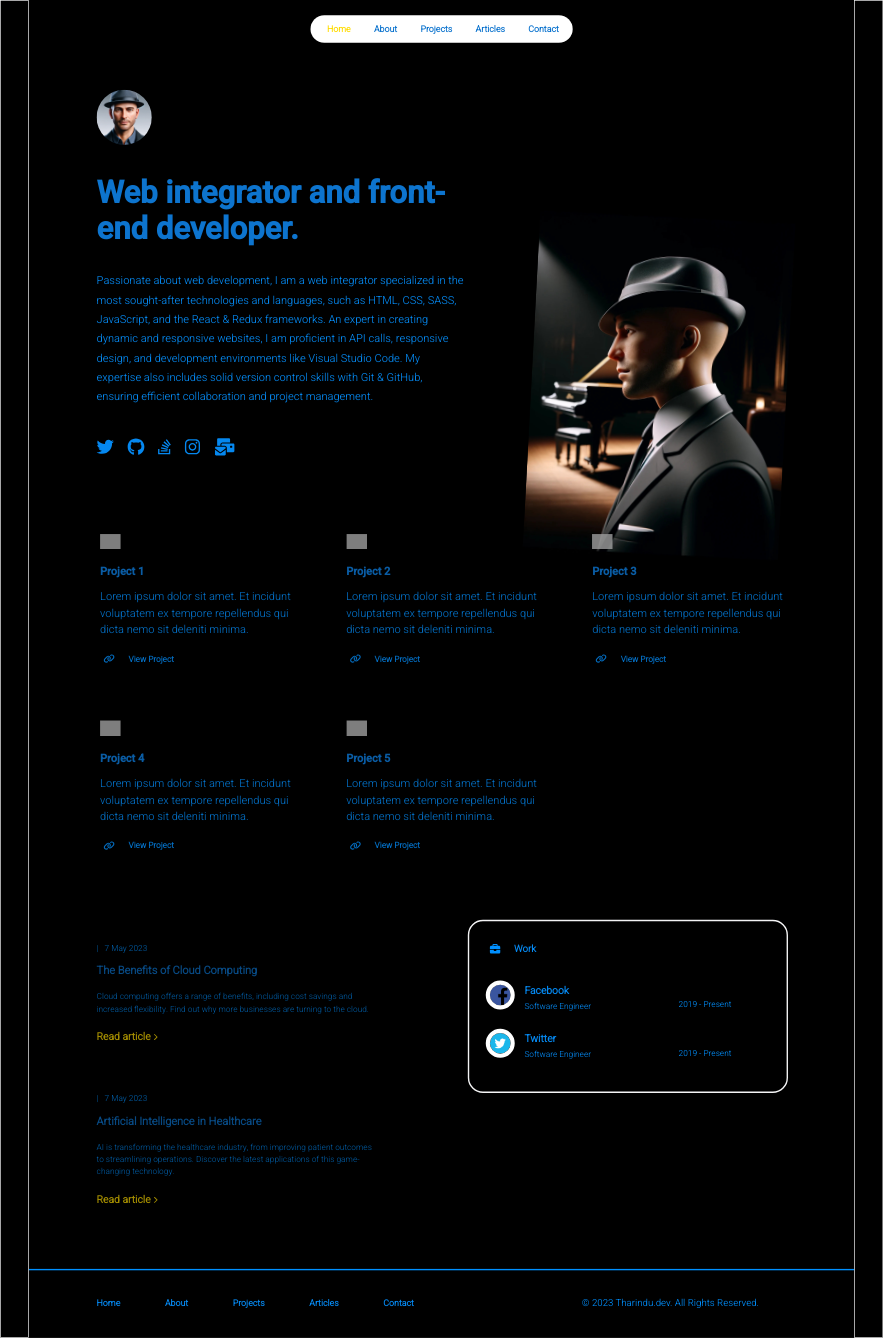
Repository: Dimple3377/reactfolio-master
Page: /
An editor plug-in stored every save of this project. The page is shown before and after the next save, followed by the edit.
The browser window is 1280 px wide. The pictures show the whole page, at 69% of full size.
Pictures or frames that could not be fetched are drawn as grey boxes. The project was rebuilt for these pictures with package versions that can differ from the ones it lists, and the page was loaded fresh each time. Also part of the build but not shown: src/components/about/socials.jsx, src/pages/styles/about.css, src/pages/about.jsx, src/pages/styles/projects.css, src/pages/projects.jsx, src/components/articles/article.jsx, src/pages/styles/articles.css, src/pages/articles.jsx and 5 more.

Above is the page before, as saved 2024-04-24 01:20:18.

### src/data/styles.css
:root {
	/* ------- colors ------- */
	--primary-color: #0d74ce;
	--secondary-color: #0588f0;
	--tertiary-color: #0090ff;
	--quaternary-color: #5eb1ef;
	--link-color: #ffdc00;
	/* ---------------------- */

	/* ------- fonts ------- */
	--primary-font: "Heebo", sans-serif;
	--secondary-font: "Roboto", sans-serif;
	/* --------------------- */
}

### src/pages/homepage.jsx
import React, { useState, useEffect } from "react";
import { Helmet } from "react-helmet";

import { faMailBulk } from "@fortawesome/free-solid-svg-icons";
import { FontAwesomeIcon } from "@fortawesome/react-fontawesome";
import {
	faTwitter,
	faGithub,
	faStackOverflow,
	faInstagram,
} from "@fortawesome/free-brands-svg-icons";

import Logo from "../components/common/logo";
import Footer from "../components/common/footer";
import NavBar from "../components/common/navBar";
import Article from "../components/homepage/article";
import Works from "../components/homepage/works";
import AllProjects from "../components/projects/allProjects";

import INFO from "../data/user";
import SEO from "../data/seo";
import myArticles from "../data/articles";

import "./styles/homepage.css";

const Homepage = () => {
	const [stayLogo, setStayLogo] = useState(false);
	const [logoSize, setLogoSize] = useState(80);
	const [oldLogoSize, setOldLogoSize] = useState(80);

	useEffect(() => {
		window.scrollTo(0, 0);
	}, []);

	useEffect(() => {
		const handleScroll = () => {
			let scroll = Math.round(window.pageYOffset, 2);

			let newLogoSize = 80 - (scroll * 4) / 10;

			if (newLogoSize < oldLogoSize) {
				if (newLogoSize > 40) {
					setLogoSize(newLogoSize);
					setOldLogoSize(newLogoSize);
					setStayLogo(false);
				} else {
					setStayLogo(true);
				}
			} else {
				setLogoSize(newLogoSize);
				setStayLogo(false);
			}
		};

		window.addEventListener("scroll", handleScroll);
		return () => window.removeEventListener("scroll", handleScroll);
	}, [logoSize, oldLogoSize]);

	const currentSEO = SEO.find((item) => item.page === "home");

	const logoStyle = {
		display: "flex",
		position: stayLogo ? "fixed" : "relative",
		top: stayLogo ? "3vh" : "auto",
		zIndex: 999,
		border: stayLogo ? "1px solid white" : "none",
		borderRadius: stayLogo ? "50%" : "none",
		boxShadow: stayLogo ? "0px 4px 10px rgba(0, 0, 0, 0.25)" : "none",
	};

	return (
		<React.Fragment>
			<Helmet>
				<title>{INFO.main.title}</title>
				<meta name="description" content={currentSEO.description} />
				<meta
					name="keywords"
					content={currentSEO.keywords.join(", ")}
				/>
			</Helmet>

			<div className="page-content">
				<NavBar active="home" />
				<div className="content-wrapper">
					<div className="homepage-logo-container">
						<div style={logoStyle}>
							<Logo width={logoSize} link={false} />
						</div>
					</div>

					<div className="homepage-container">
						<div className="homepage-first-area">
							<div className="homepage-first-area-left-side">
								<div className="title homepage-title">
									{INFO.homepage.title}
								</div>

								<div className="subtitle homepage-subtitle">
									{INFO.homepage.description}
								</div>
							</div>

							<div className="homepage-first-area-right-side">
								<div className="homepage-image-container">
									<div className="homepage-image-wrapper">
										<img
											src="homepage.jpg"
											alt="about"
											className="homepage-image"
										/>
									</div>
								</div>
							</div>
						</div>

						<div className="homepage-socials">
							<a
								href={INFO.socials.twitter}
								target="_blank"
								rel="noreferrer"
							>
								<FontAwesomeIcon
									icon={faTwitter}
									className="homepage-social-icon"
								/>
							</a>
							<a
								href={INFO.socials.github}
								target="_blank"
								rel="noreferrer"
							>
								<FontAwesomeIcon
									icon={faGithub}
									className="homepage-social-icon"
								/>
							</a>
							<a
								href={INFO.socials.stackoverflow}
								target="_blank"
								rel="noreferrer"
							>
								<FontAwesomeIcon
									icon={faStackOverflow}
									className="homepage-social-icon"
								/>
							</a>
							<a
								href={INFO.socials.instagram}
								target="_blank"
								rel="noreferrer"
							>
								<FontAwesomeIcon
									icon={faInstagram}
									className="homepage-social-icon"
								/>
							</a>
							<a
								href={`mailto:${INFO.main.email}`}
								target="_blank"
								rel="noreferrer"
							>
								<FontAwesomeIcon
									icon={faMailBulk}
									className="homepage-social-icon"
								/>
							</a>
						</div>

						<div className="homepage-projects">
							<AllProjects />
						</div>

						<div className="homepage-after-title">
							<div className="homepage-articles">
								{myArticles.map((article, index) => (
									<div
										className="homepage-article"
										key={(index + 1).toString()}
									>
										<Article
											key={(index + 1).toString()}
											date={article().date}
											title={article().title}
											description={article().description}
											link={"/article/" + (index + 1)}
										/>
									</div>
								))}
							</div>

							<div className="homepage-works">
								<Works />
							</div>
						</div>

						<div className="page-footer">
							<Footer />
						</div>
					</div>
				</div>
			</div>
		</React.Fragment>
	);
};

export default Homepage;

### src/app.css
@import "/src/data/styles.css";

::-webkit-scrollbar {
	width: 10px;
}

::-webkit-scrollbar-track {
	background-color: #f1f1f1;
}

::-webkit-scrollbar-thumb {
	background-color: #383636;
	border-radius: 5px;
}

::-webkit-scrollbar-thumb:hover {
	background-color: rgb(0, 0, 0);
}

.page-content {
	background-color: black;
	position: relative;
}

.page-content:before,
.page-content:after {
	content: "";
	position: absolute;
	top: 0;
	bottom: 0;
	width: calc((100% - 1200px) / 2);
	background-color: black;
	border: 1px solid #f4f4f5;
}

.page-content:before {
	left: 0;
	z-index: 1;
}

.page-content:after {
	right: 0;
	z-index: 1;
}

.content-wrapper {
	max-width: 1000px;
	margin: 0 auto;
}

.title {
	color: var(--primary-color);
	font-family: var(--secondary-font);
	font-size: 45px;
	font-weight: 700;
	width: 70%;
}

.subtitle {
	padding-top: 10px;
	color: var(--secondary-color);
	font-size: 16px;
	line-height: 28px;
	width: 70%;
	margin-top: 25px;
}

.page-footer {
	position: block;
}

.page-footer::before {
	content: "";
	position: absolute;
	left: 0;
	right: 0;
	border-top: 2px solid var(--tertiary-color);
}

@media (max-width: 1270px) {
	.page-content:before,
	.page-content:after {
		width: calc((100% - 90%) / 2);
	}

	.content-wrapper {
		max-width: 90%;
		padding-left: 10%;
		padding-right: 10%;
	}
}

@media (max-width: 1024px) {
	.page-content:before,
	.page-content:after {
		width: calc((100% - 950px) / 2);
	}

	.content-wrapper {
		max-width: 980px;
	}
}

@media (max-width: 800px) {
	.content-wrapper {
		max-width: 90%;
		margin: 0 auto;
		padding: 0 10px;
	}

	.page-content:before,
	.page-content:after {
		display: none;
	}

	.title {
		width: 100%;
	}

	.subtitle {
		width: 100%;
	}
}

### src/components/common/footer.jsx
import React from "react";
import { Link } from "react-router-dom";

import "./styles/footer.css";

const Footer = () => {
	return (
		<React.Fragment>
			<div className="footer">
				<div className="footer-links">
					<ul className="footer-nav-link-list">
						<li className="footer-nav-link-item">
							<Link to="/">Home</Link>
						</li>
						<li className="footer-nav-link-item">
							<Link to="/about">About</Link>
						</li>
						<li className="footer-nav-link-item">
							<Link to="/projects">Projects</Link>
						</li>
						<li className="footer-nav-link-item">
							<Link to="/articles">Articles</Link>
						</li>
						<li className="footer-nav-link-item">
							<Link to="/contact">Contact</Link>
						</li>
					</ul>
				</div>

				<div className="footer-credits">
					<div className="footer-credits-text">
						© 2023 Tharindu.dev. All Rights Reserved.
					</div>
				</div>
			</div>
		</React.Fragment>
	);
};

export default Footer;

### src/components/common/navBar.jsx
import React from "react";
import { Link } from "react-router-dom";

import "./styles/navBar.css";

const NavBar = (props) => {
	const { active } = props;

	return (
		<React.Fragment>
			<div className="nav-container">
				<nav className="navbar">
					<div className="nav-background">
						<ul className="nav-list">
							<li
								className={
									active === "home"
										? "nav-item active"
										: "nav-item"
								}
							>
								<Link to="/">Home</Link>
							</li>
							<li
								className={
									active === "about"
										? "nav-item active"
										: "nav-item"
								}
							>
								<Link to="/about">About</Link>
							</li>
							<li
								className={
									active === "projects"
										? "nav-item active"
										: "nav-item"
								}
							>
								<Link to="/projects">Projects</Link>
							</li>
							<li
								className={
									active === "articles"
										? "nav-item active"
										: "nav-item"
								}
							>
								<Link to="/articles">Articles</Link>
							</li>
							<li
								className={
									active === "contact"
										? "nav-item active"
										: "nav-item"
								}
							>
								<Link to="/contact">Contact</Link>
							</li>
						</ul>
					</div>
				</nav>
			</div>
		</React.Fragment>
	);
};

export default NavBar;

### src/components/homepage/article.jsx
import React from "react";
import { Link } from "react-router-dom";

import { FontAwesomeIcon } from "@fortawesome/react-fontawesome";
import { faChevronRight } from "@fortawesome/free-solid-svg-icons";

import "./styles/article.css";

const Article = (props) => {
	const { title, description, date, link } = props;

	return (
		<React.Fragment>
			<div className="homepage-article">
				<div className="homepage-article-content">
					<div className="homepage-article-date">
						|&nbsp;&nbsp;&nbsp;{date}
					</div>
					<div className="homepage-article-title">{title}</div>
					<div className="homepage-article-description">
						{description}
					</div>
					<div className="homepage-article-link">
						<Link to={link}>
							Read article{" "}
							<FontAwesomeIcon
								style={{ fontSize: "10px" }}
								icon={faChevronRight}
							/>
						</Link>
					</div>
				</div>
			</div>
		</React.Fragment>
	);
};

export default Article;

### src/components/homepage/works.jsx
import React from "react";
import { faBriefcase } from "@fortawesome/free-solid-svg-icons";

import Card from "../common/card";

import "./styles/works.css";

const Works = () => {
	return (
		<div className="works">
			<Card
				icon={faBriefcase}
				title="Work"
				body={
					<div className="works-body">
						<div className="work">
							<img
								src="./facebook.png"
								alt="facebook"
								className="work-image"
							/>
							<div className="work-title">Facebook</div>
							<div className="work-subtitle">
								Software Engineer
							</div>
							<div className="work-duration">2019 - Present</div>
						</div>

						<div className="work">
							<img
								src="./twitter.png"
								alt="twitter"
								className="work-image"
							/>
							<div className="work-title">Twitter</div>
							<div className="work-subtitle">
								Software Engineer
							</div>
							<div className="work-duration">2019 - Present</div>
						</div>
					</div>
				}
			/>
		</div>
	);
};

export default Works;

### src/data/seo.js
const SEO = [
	{
		page: "home",
		description:
			"I am a backend developer with expertise in Node.js. I have experience in building scalable, secure and reliable web applications using various frameworks and technologies.",
		keywords: ["Tharindu", "Tharindu N", "Tharindu Nayanajith"],
	},

	{
		page: "about",
		description:
			"I am a backend developer with expertise in Node.js. I have experience in building scalable, secure and reliable web applications using various frameworks and technologies.",
		keywords: ["Tharindu", "Tharindu N", "Tharindu Nayanajith"],
	},

	{
		page: "articles",
		description:
			"Chronological collection of my long-form thoughts on programming, leadership, product design, and more.",
		keywords: ["Tharindu", "Tharindu N", "Tharindu Nayanajith"],
	},

	{
		page: "projects",
		description:
			"I've worked on a variety of projects over the years and I'm proud of the progress I've made. Many of these projects are open-source and available for others to explore and contribute to.",
		keywords: ["Tharindu", "Tharindu N", "Tharindu Nayanajith"],
	},

	{
		page: "contact",
		description:
			"If you're interested in collaborating on a project, feel free to reach out to me. I'm always open to new ideas and opportunities.",
		keywords: ["Tharindu", "Tharindu N", "Tharindu Nayanajith"],
	},
];

export default SEO;

### src/pages/styles/homepage.css
@import "../../data/styles.css";

.homepage-logo-container {
	display: flex;
	justify-content: left;
	align-items: center;
	padding-top: 130px;
}

.homepage-container {
	padding-top: 25px;
}

.homepage-first-area {
	display: flex;
	justify-content: space-between;
	align-items: center;
}

.homepage-first-area-left-side {
	display: flex;
	flex-direction: column;
	align-items: flex-start;
}

.homepage-title {
	width: 85% !important;
}

.homepage-subtitle {
	width: 85% !important;
}

.homepage-first-area-right-side {
	display: flex;
	align-items: center;
}

.homepage-image-container {
	width: 370px;
	height: 370px;
}

.homepage-image-wrapper {
	overflow: hidden;
	border-radius: 10%;
	transform: rotate(3deg);
}

.homepage-image-wrapper img {
	width: 100%;
}

.homepage-socials {
	display: flex;
	justify-content: left;
	align-items: center;
	padding-top: 30px;
}

.homepage-social-icon {
	padding-right: 20px;
	font-size: 25px;
	transition: color 0.2s ease-in-out;
	color: var(--secondary-color);
}

.homepage-social-icon:hover {
	color: var(--primary-color);
}

.homepage-after-title {
	display: flex;
}

.homepage-projects {
	flex-basis: 300px;
	padding-top: 40px;
}

.homepage-articles {
	flex-basis: 900px;
	padding-top: 30px;
	margin-left: -30px;
}

.homepage-article {
	padding-bottom: 5px;
}

.homepage-works {
	flex-basis: 600px;
	padding-top: 30px;
}

@media (max-width: 1024px) {
	.homepage-first-area {
		flex-direction: column;
	}

	.homepage-first-area-left-side {
		display: flex;
		flex-direction: column; /* Changed: set direction to column */
		align-items: flex-start;
		width: 100%;
		order: 2;
	}

	.homepage-title {
		width: 100% !important;
		margin-top: 20px;
		order: 2;
	}

	.homepage-subtitle {
		width: 100% !important;
		margin-top: 10px;
		order: 3;
	}

	.homepage-first-area-right-side {
		width: 100%;
		order: 1;
	}

	.homepage-image-container {
		padding-top: 50px;
		padding-bottom: 50px;
		margin-left: 10px;
		order: 1;
	}

	.homepage-after-title {
		flex-direction: column;
	}

	.homepage-projects {
		flex-basis: auto;
	}

	.homepage-articles {
		flex-basis: auto;
	}

	.homepage-works {
		flex-basis: auto;
		margin-left: -25px;
		margin-right: -25px;
	}
}

### src/pages/styles/readArticle.css
@import "../../data/styles.css";

.read-article-logo-container {
	display: flex;
	justify-content: left;
	padding-top: 25px;
}

.read-article-logo {
	display: flex;
	position: fixed;
	border: 1px solid white;
	border-radius: 50%;
	box-shadow: 0px 4px 10px rgba(0, 0, 0, 0.25);
	top: 4vh;
}

.read-article-container {
	display: flex;
	height: 100%;
	margin: 0;
	padding-top: 120px;
}

.read-article-back {
	padding-top: 68px;
	padding-right: 50px;
	width: 40px;
	height: 40px;
}

.read-article-back-button {
	width: 50px;
	border-radius: 50%;
	box-shadow: 0px 4px 10px rgba(0, 0, 0, 0.25);
}

.read-article-wrapper {
	width: 80%;
	padding-top: 30px;
}

.read-article-date-container {
	border-left: 2px solid var(--quaternary-color);
	color: var(--tertiary-color);
	font-size: 16 px;
	align-items: center;
	height: 22px;
}

.read-article-date {
	font-family: var(--primary-font);
	padding-left: 15px;
}

.read-article-title {
	padding-top: 50px;
	padding-bottom: 50px;
	width: 100% !important;
}

.read-article-body {
	padding-bottom: 50px;
	font-size: 16px;
	line-height: 30px;
	font-family: system-ui;
	color: #52525b;
}

### src/components/common/styles/footer.css
@import "../../../data/styles.css";

.footer {
	display: flex;
	padding-top: 25px;
	margin-top: 50px;
	padding-bottom: 25px;
	align-items: center;
}

.footer-links,
.footer-credits {
	flex-basis: 50%;
}

.footer-links {
	margin-left: -40px;
}

.footer-nav-link-list {
	display: flex;
	list-style: none;
	justify-content: space-between;
	align-items: center;
}

.footer-nav-link-item {
	font-weight: bold;
	font-size: 80%;
}

.footer-nav-link-list a {
	text-decoration: none;
	color: var(--secondary-color);
}

.footer-nav-link-list a:hover {
	color: var(--link-color);
}

.footer-credits-text {
	justify-content: flex-end;
	color: var(--tertiary-color);
	font-size: 14px;
	text-align: right;
}

@media (max-width: 600px) {
	.footer {
		flex-direction: column;
		height: 85px;
	}

	.footer-links {
		display: flex;
		width: 100%;
		justify-content: center;
	}

	.footer-nav-link-list {
		width: 100%;
	}
}

### src/components/common/styles/navBar.css
@import "../../../data/styles.css";

.nav-container {
	margin: 0;
	display: flex;
	justify-content: center;
	align-items: center;
}

.navbar {
	display: flex;
	justify-content: center;
	align-items: center;
	position: fixed;
	top: 3vh;
	z-index: 999;
}

.nav-background {
	width: 380px;
	height: 40px;
	padding-left: 0%;
	padding-right: 0%;
	background: #fff;
	box-shadow: 0px 2px 10px rgba(0, 0, 0, 0.1);
	border-radius: 40px;
}

.nav-list {
	display: flex;
	justify-content: space-between;
	list-style: none;
	align-items: center;
	margin-left: -16px;
	margin-right: 20px;
	margin-top: 11px;
}

.nav-item {
	font-weight: bold;
	font-size: 80%;
}

.nav-item.active a {
	color: var(--link-color) !important;
}

.nav-item a {
	text-decoration: none;
	color: var(--primary-color);
}

.nav-item a:hover {
	color: var(--link-color);
	transition: color 0.3s ease-in-out;
}

@media (max-width: 600px) {
	.navbar {
		margin-left: 25%;
		margin-right: 25%;
		width: 80%;
		font-size: 80%;
	}

	.nav-background {
		width: 80%;
		height: 40px;
	}

	.nav-item {
		font-weight: bold;
	}
}

### src/components/homepage/styles/article.css
@import "../../../data/styles.css";

.homepage-article {
	width: 90%;
	mix-blend-mode: normal;
	border-radius: 20px;
	opacity: 0.8;
}

.homepage-article:hover {
	background: #fafafa;
	opacity: 1;
	transition: background-color 0.3s ease-in-out;
}

.homepage-article-content {
	padding: 30px;
}

.homepage-article-date {
	opacity: 1;
	color: var(--tertiary-color);
	font-size: 12px;
	margin-bottom: 1em;
}

.homepage-article-title {
	opacity: 1;
	color: var(--primary-color);
	font-size: 16px;
	margin-bottom: 1em;
	font-weight: 700;
}

.homepage-article-description {
	opacity: 1;
	color: var(--secondary-color);
	font-size: 12px;
	line-height: 1.5;
}

.homepage-article-link {
	opacity: 1;
	padding-top: 20px;
	font-size: 15px;
	font-weight: 700;
}

.homepage-article-link a {
	color: var(--link-color);
	text-decoration: none;
}

@media (max-width: 600px) {
	.homepage-article {
		width: 100%;
	}
}

### src/components/projects/project.jsx
import React from "react";
import { Link } from "react-router-dom";
import { FontAwesomeIcon } from "@fortawesome/react-fontawesome";
import { faLink } from "@fortawesome/free-solid-svg-icons";

import "./styles/project.css";

const Project = (props) => {
	const { logo, title, description, linkText, link } = props;

	return (
		<React.Fragment>
			<div className="project">
				<Link to={link}>
					<div className="project-container">
						<div className="project-logo">
							<img src={logo} alt="logo" />
						</div>
						<div className="project-title">{title}</div>
						<div className="project-description">{description}</div>
						<div className="project-link">
							<div className="project-link-icon">
								<FontAwesomeIcon icon={faLink} />
							</div>

							<div className="project-link-text">{linkText}</div>
						</div>
					</div>
				</Link>
			</div>
		</React.Fragment>
	);
};

export default Project;

### src/components/articles/style/article.css
@import "../../../data/styles.css";

.article {
	display: flex;
}

.article a {
	text-decoration: none;
}

.article-left-side {
	min-width: 20%;
	max-width: 20%;
}

.article-right-side {
	flex-basis: 80%;
	min-width: 700px;
	mix-blend-mode: normal;
	border-radius: 20px;
	opacity: 0.8;
	padding: 30px;
}

.article-right-side:hover {
	background: #fafafa;
	opacity: 1;
	transition: background-color 0.3s ease-in-out;
}

.article-date {
	padding-top: 30px;
	font-size: 15px;
	color: var(--tertiary-color);
}

.article-title {
	color: #000000;
	font-size: 16px;
	font-weight: 600;
}

.article-description {
	padding-top: 10px;
	font-size: 12px;
	color: var(--secondary-color);
	font-weight: 480;
	line-height: 25px;
}

.article-link {
	padding-top: 10px;
	font-size: 14px;
	color: var(--link-color);
	font-weight: 700;
}

@media (max-width: 1024px) {
	.article-left-side {
		min-width: 10%;
		max-width: 10%;
	}

	.article-right-side {
		flex-basis: 90%;
		min-width: 85%;
		max-width: 85%;
	}
}

### src/components/projects/styles/project.css
@import "../../../data/styles.css";

.project {
	mix-blend-mode: normal;
	border-radius: 20px;
	opacity: 0.8;
	height: 100%;
}

.project a {
	text-decoration: none;
}

.project:hover {
	background: #fafafa;
	opacity: 1;
	transition: background-color 0.3s ease-in-out;
}

.project:hover .project-link {
	color: var(--link-color);
	transition: color 0.3s ease-in-out;
}

.project-container {
	padding: 30px;
}

.project-logo {
	width: 30px;
}

.project-logo img {
	width: 100%;
}

.project-title {
	font-family: var(--secondary-font);
	color: var(--primary-color);
	font-size: 16px;
	padding-top: 15px;
	margin-bottom: 1em;
	font-weight: 700;
}

.project-description {
	color: var(--secondary-color);
}

.project-link {
	display: flex;
	align-items: center;
	color: var(--secondary-color);
	font-size: 12px;
	padding-top: 20px;
}

.project-link-icon {
	padding-left: 5px;
	font-size: 13px;
}

.project-link-text {
	padding-left: 20px;
	font-weight: 700;
}

@media (max-width: 600px) {
	.project {
		height: 300px;
	}
}

Loaded but not shown: public/index.html (common file); src/index.js (common file); src/index.css (common file); src/App.js (common file); src/reportWebVitals.js (common file); src/data/tracking.js (common file); src/components/common/logo.jsx (common file); src/components/projects/allProjects.jsx (common file); src/components/common/styles/logo.css (common file); src/components/common/card.jsx (common file); src/components/homepage/styles/works.css (common file); src/components/projects/styles/allProjects.css (common file); src/components/about/styles/socials.css (common file); src/components/common/styles/card.css (common file); src/data/user.js (84 lines, source omitted); src/data/articles.js (65 lines, source omitted)

After the next save:
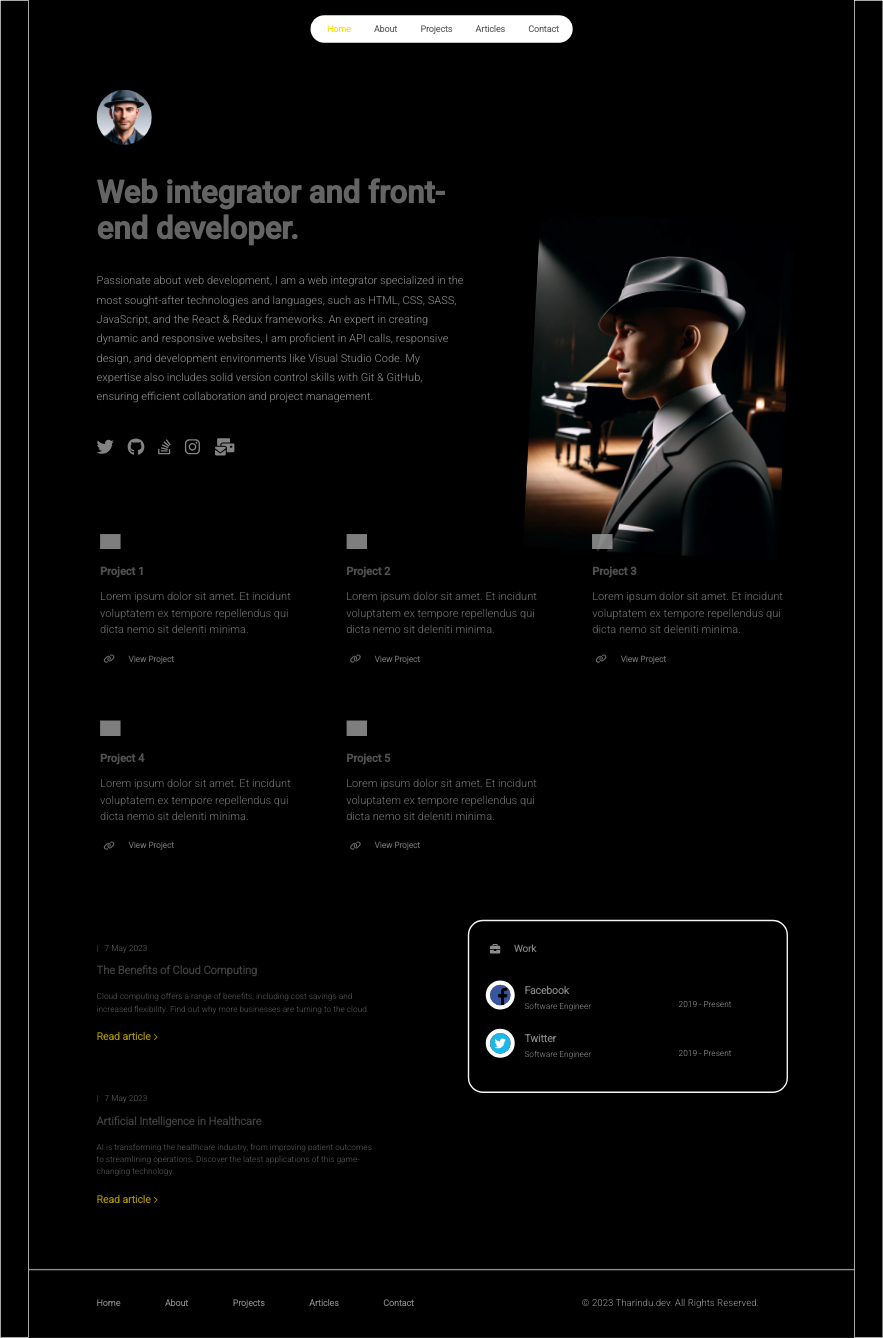
Saved 94 s later.
--- a/src/data/styles.css
+++ b/src/data/styles.css
@@ -1,9 +1,9 @@
 :root {
 	/* ------- colors ------- */
-	--primary-color: #0d74ce;
-	--secondary-color: #0588f0;
-	--tertiary-color: #0090ff;
-	--quaternary-color: #5eb1ef;
+	--primary-color: #646464;
+	--secondary-color: #838383;
+	--tertiary-color: #8d8d8d;
+	--quaternary-color: #bbbbbb;
 	--link-color: #ffdc00;
 	/* ---------------------- */
 
